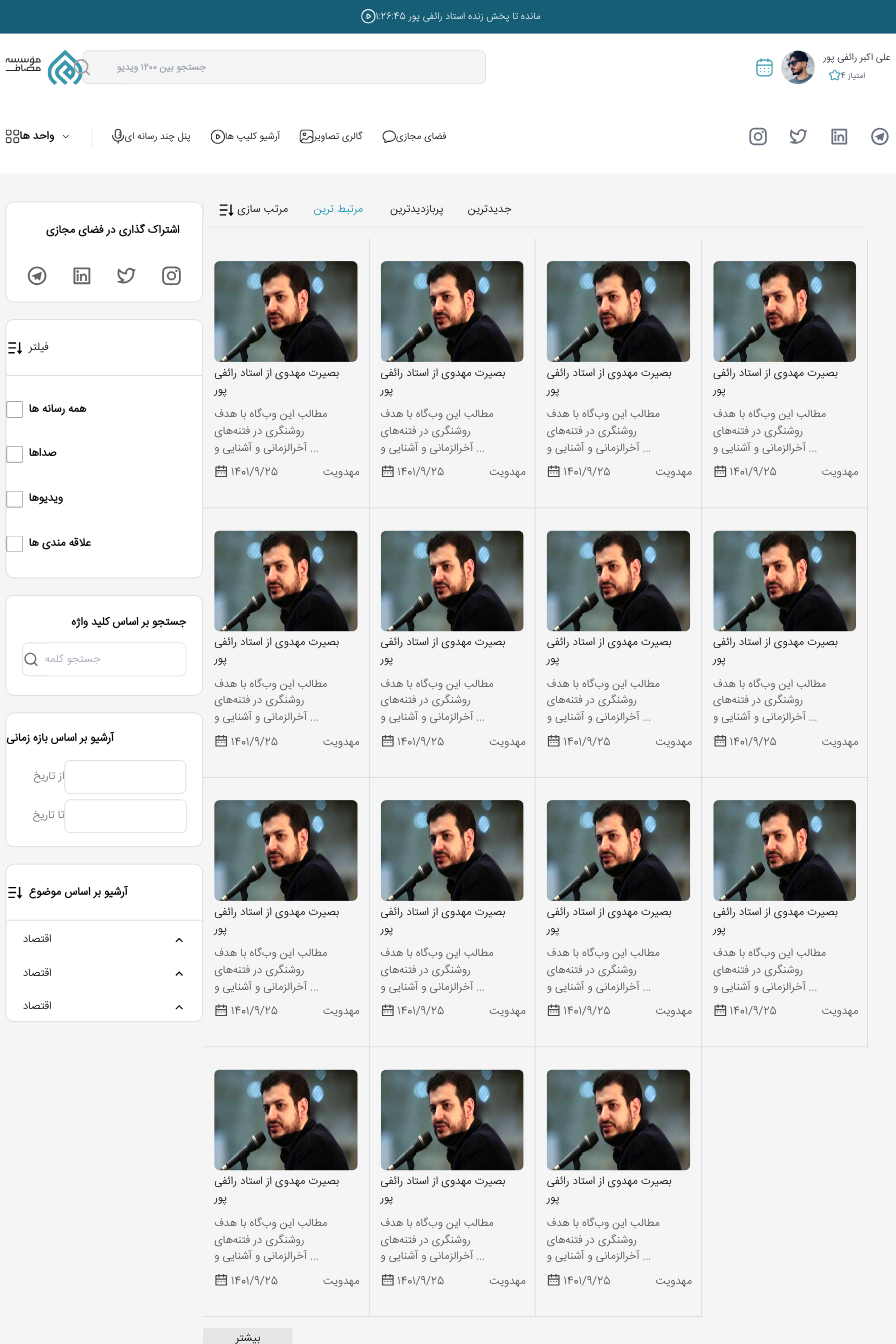
Repository: homan-tehrani/uiUserNative
Page: /multimedia
The author's editor kept a copy of each file at every save. The page is drawn from the files as they stood at one save, then again after the next save.
The browser window is 1280 px wide. The pictures show the part of the page from y = 0 to 1920 px (the page is 3069 px tall before and 3061 px after), at 70% of full size.
The project was rebuilt for these pictures with package versions that can differ from the ones it lists, and the page was loaded fresh each time. The framework's server and built-in components were replaced by stand-ins that run in the browser. Also part of the build but not shown: next.config.js, src/components/MenuForUnits.js, src/components/AccordionForUnits.js, src/components/MenuResponsive.js.

Above is the page before, as saved 2023-04-25 02:24:53.

### src/pages/_app.js
import Layoute from 'components/layout/Layoute'
import 'styles/globals.css'

export default function App({ Component, pageProps }) {
  return <Layoute>
    <Component {...pageProps} />
  </Layoute>
}

### src/pages/multimedia/index.js
import React, { useState, useEffect } from 'react';
import { albumPhoto } from '../../../src/db.json';
import Loading from 'components/loading';
import CourseCart from 'components/CourseCart';
import Aside from 'components/Aside';
import AsideResponsive from 'components/AsideResponsive';
export default function Multimedia() {
  const [allcorses, setAllCorses] = useState(null);

  useEffect(() => {
    setAllCorses(albumPhoto);
  }, []);

  if (!allcorses) {
    return <Loading />;
  }

  return (
    <div className=" bg-neutral-100 flex h-max py-10 w-full mt-4 gap-x-1 ">
      <div className="hidden  sm:flex  md:flex justify-evenly container sm:px-2 mx-auto sm:justify-between sm:gap-x-0 gap-x-2 ">
        <Aside />
        <CourseCart data={allcorses} />
      </div>
      <AsideResponsive />
    </div>
  );
}

### src/components/layout/Layoute.js
import React from "react";
import Header from "./Header";
import Fotter from "./Fotter";
import Speech from "../Speech";

export default function Layoute({ children , datas }) {
  return (
    <>
      <Header  />
      <div>{children}</div>
      <Speech />
      <Fotter datas={datas} />
    </>
  );
}

### src/styles/globals.css
@tailwind base;
@tailwind components;
@tailwind utilities;

@font-face {
    font-family: iransans;
    src: url("../../public/assets/fonts/iransans/irsans-l.woff");
}

html , body{
    font-family: iransans;
  }

.slider-master
.swiper-pagination-bullet{
  width: 14px;
  height: 14px;
  background-color: #3998AC;
}

.slider-master
.swiper-pagination-bullet-active {
  width: 60px;
  border-radius: 60px;
}

### src/components/loading.js
const Loading =()=> {
    return (
      <div className="w-full h-full flex justify-center items-center py-5">
        <svg aria-hidden="true" class="w-12 h-12 text-gray-200 animate-spin dark:text-gray-600 fill-cyan-600" viewBox="0 0 100 101" fill="none" xmlns="http://www.w3.org/2000/svg">
            <path d="M100 50.5908C100 78.2051 77.6142 100.591 50 100.591C22.3858 100.591 0 78.2051 0 50.5908C0 22.9766 22.3858 0.59082 50 0.59082C77.6142 0.59082 100 22.9766 100 50.5908ZM9.08144 50.5908C9.08144 73.1895 27.4013 91.5094 50 91.5094C72.5987 91.5094 90.9186 73.1895 90.9186 50.5908C90.9186 27.9921 72.5987 9.67226 50 9.67226C27.4013 9.67226 9.08144 27.9921 9.08144 50.5908Z" fill="currentColor"/>
            <path d="M93.9676 39.0409C96.393 38.4038 97.8624 35.9116 97.0079 33.5539C95.2932 28.8227 92.871 24.3692 89.8167 20.348C85.8452 15.1192 80.8826 10.7238 75.2124 7.41289C69.5422 4.10194 63.2754 1.94025 56.7698 1.05124C51.7666 0.367541 46.6976 0.446843 41.7345 1.27873C39.2613 1.69328 37.813 4.19778 38.4501 6.62326C39.0873 9.04874 41.5694 10.4717 44.0505 10.1071C47.8511 9.54855 51.7191 9.52689 55.5402 10.0491C60.8642 10.7766 65.9928 12.5457 70.6331 15.2552C75.2735 17.9648 79.3347 21.5619 82.5849 25.841C84.9175 28.9121 86.7997 32.2913 88.1811 35.8758C89.083 38.2158 91.5421 39.6781 93.9676 39.0409Z" fill="currentFill"/>
        </svg>
      </div>
    );
  }

  export default Loading;

### src/components/Speech.js
import React, { useEffect, useState } from "react";
import Loading from "./loading";
import {speech} from "../../src/db.json"

export default function Speech({ datas }) {
  const [imageSpeech, setImageSpeech] = useState(null);
  useEffect(() => {
    setImageSpeech(speech);
  }, []);

  if (!imageSpeech) {
    return <Loading />;
  }
  return (
    <div className="w-full flex justify-center items-center relative ">
      <div className="flex flex-col w-full h-max">
        <div className="flex flex-col w-full ">
          <img
            src={imageSpeech[0].src}
            alt={imageSpeech[0].alt}
            className="w-full h-full object-cover"
          />
        </div>
      </div>
    </div>
  );
}

### src/components/AccordionForMultiMedia.js
import {useState} from 'react'

export default function AccordionForMultiMedia() {
    const [isShowAccordion, setIsShowAccordion] = useState(false);
    const accordionHandler = () => {
        setIsShowAccordion((prev) => !prev);
      };
  return (
    <>
    <button
    onClick={accordionHandler}
    className=" w-10/12 mx-auto h-10 flex items-center mt-2 justify-between"
  >
    <p>اقتصاد</p>
    <div>
      {!isShowAccordion && (
        <svg
          xmlns="http://www.w3.org/2000/svg"
          viewBox="0 0 24 24"
          width="20"
          height="20"
        >
          <path
            d="M11.9997 10.8284L7.04996 15.7782L5.63574 14.364L11.9997 8L18.3637 14.364L16.9495 15.7782L11.9997 10.8284Z"
            fill="#000"
          ></path>
        </svg>
      )}
      {isShowAccordion && (
        <svg
          xmlns="http://www.w3.org/2000/svg"
          viewBox="0 0 24 24"
          width="20"
          height="20"
        >
          <path
            d="M11.9997 13.1714L16.9495 8.22168L18.3637 9.63589L11.9997 15.9999L5.63574 9.63589L7.04996 8.22168L11.9997 13.1714Z"
            fill="#000"
          ></path>
        </svg>
      )}
    </div>
  </button>
  {isShowAccordion && (
    <div className="w-10/12 mx-auto my-4 pb-4 flex flex-col gap-y-8 font-bold  border-b border-stone-300">
      <div className="flex items-center justify-satrt  gap-x-2 ">
        <input type="checkbox" className="w-6 h-6 " />
        <p>اقتصاد ایران</p>
      </div>
      <div className="flex items-center justify-satrt  gap-x-2">
        <input type="checkbox" className="w-6 h-6 " />
        <p>اقتصاد جهان</p>
      </div>
    </div>
  )}
  </>
  )
}

### src/components/AccordionMultiMediResponsive.js
import React, { useState } from 'react'

export default function AccordionMultiMediResponsive() {
    const[isShowAccordion , setIsShowAccordion] = useState(false)
    const accordionHandler = ()=>{
        setIsShowAccordion(prev=>!prev)
    }
  return (
    <>
     <button
              onClick={accordionHandler}
              className=" w-11/12 mx-auto h-10 flex items-center  my-2 justify-between"
            >
              <p>دشمن شناسی</p>
              <div>
                {!isShowAccordion && (
                  <svg
                    xmlns="http://www.w3.org/2000/svg"
                    viewBox="0 0 24 24"
                    width="20"
                    height="20"
                  >
                    <path
                      d="M11.9997 10.8284L7.04996 15.7782L5.63574 14.364L11.9997 8L18.3637 14.364L16.9495 15.7782L11.9997 10.8284Z"
                      fill="#000"
                    ></path>
                  </svg>
                )}
                {isShowAccordion && (
                  <svg
                    xmlns="http://www.w3.org/2000/svg"
                    viewBox="0 0 24 24"
                    width="20"
                    height="20"
                  >
                    <path
                      d="M11.9997 13.1714L16.9495 8.22168L18.3637 9.63589L11.9997 15.9999L5.63574 9.63589L7.04996 8.22168L11.9997 13.1714Z"
                      fill="#000"
                    ></path>
                  </svg>
                )}
              </div>
            </button>
            {isShowAccordion && (
              <div className="w-10/12 mx-auto pb-4 flex mt-4 flex-col gap-y-8 font-bold border-stone-300 border-b">
                <div className="flex items-center justify-satrt  gap-x-2 ">
                  <input type="checkbox" className="w-6 h-6 " />
                  <p>اقتصاد ایران</p>
                </div>
                <div className="flex items-center justify-satrt  gap-x-2">
                  <input type="checkbox" className="w-6 h-6 " />
                  <p>اقتصاد جهان</p>
                </div>
              </div>
            )}
    </>
  )
}

### src/components/NavBar.js
import React from 'react'
import { useState , useRef , useEffect } from "react";
import Link from 'next/link';
import MenuForUnits from './MenuForUnits';

export default function Navbar() {
  const [showMenuForUnits, setShowMenuForUnits] = useState(false)

  return (
    <>

      <div className="hidden lg:flex container px-2 mx-auto  flex-row-reverse justify-between items center py-5 ">
        <ul className="flex gap-7">
          <li>
            <Link href="#" className="text-gray-500">
              <svg xmlns="http://www.w3.org/2000/svg" className="fill-current stroke-1" viewBox="0 0 24 24" width="30" height="30"><path fill="none" d="M0 0h24v24H0z" /><path d="M12 9a3 3 0 1 0 0 6 3 3 0 0 0 0-6zm0-2a5 5 0 1 1 0 10 5 5 0 0 1 0-10zm6.5-.25a1.25 1.25 0 0 1-2.5 0 1.25 1.25 0 0 1 2.5 0zM12 4c-2.474 0-2.878.007-4.029.058-.784.037-1.31.142-1.798.332-.434.168-.747.369-1.08.703a2.89 2.89 0 0 0-.704 1.08c-.19.49-.295 1.015-.331 1.798C4.006 9.075 4 9.461 4 12c0 2.474.007 2.878.058 4.029.037.783.142 1.31.331 1.797.17.435.37.748.702 1.08.337.336.65.537 1.08.703.494.191 1.02.297 1.8.333C9.075 19.994 9.461 20 12 20c2.474 0 2.878-.007 4.029-.058.782-.037 1.309-.142 1.797-.331.433-.169.748-.37 1.08-.702.337-.337.538-.65.704-1.08.19-.493.296-1.02.332-1.8.052-1.104.058-1.49.058-4.029 0-2.474-.007-2.878-.058-4.029-.037-.782-.142-1.31-.332-1.798a2.911 2.911 0 0 0-.703-1.08 2.884 2.884 0 0 0-1.08-.704c-.49-.19-1.016-.295-1.798-.331C14.925 4.006 14.539 4 12 4zm0-2c2.717 0 3.056.01 4.122.06 1.065.05 1.79.217 2.428.465.66.254 1.216.598 1.772 1.153a4.908 4.908 0 0 1 1.153 1.772c.247.637.415 1.363.465 2.428.047 1.066.06 1.405.06 4.122 0 2.717-.01 3.056-.06 4.122-.05 1.065-.218 1.79-.465 2.428a4.883 4.883 0 0 1-1.153 1.772 4.915 4.915 0 0 1-1.772 1.153c-.637.247-1.363.415-2.428.465-1.066.047-1.405.06-4.122.06-2.717 0-3.056-.01-4.122-.06-1.065-.05-1.79-.218-2.428-.465a4.89 4.89 0 0 1-1.772-1.153 4.904 4.904 0 0 1-1.153-1.772c-.248-.637-.415-1.363-.465-2.428C2.013 15.056 2 14.717 2 12c0-2.717.01-3.056.06-4.122.05-1.066.217-1.79.465-2.428a4.88 4.88 0 0 1 1.153-1.772A4.897 4.897 0 0 1 5.45 2.525c.638-.248 1.362-.415 2.428-.465C8.944 2.013 9.283 2 12 2z" /></svg>
            </Link>
          </li>
          <li>
            <Link href="#" className="text-gray-500">
            <svg xmlns="http://www.w3.org/2000/svg" className="fill-current stroke-1" viewBox="0 0 24 24" width="30" height="30"><path fill="none" d="M0 0h24v24H0z" /><path d="M15.3 5.55a2.9 2.9 0 0 0-2.9 2.847l-.028 1.575a.6.6 0 0 1-.68.583l-1.561-.212c-2.054-.28-4.022-1.226-5.91-2.799-.598 3.31.57 5.603 3.383 7.372l1.747 1.098a.6.6 0 0 1 .034.993L7.793 18.17c.947.059 1.846.017 2.592-.131 4.718-.942 7.855-4.492 7.855-10.348 0-.478-1.012-2.141-2.94-2.141zm-4.9 2.81a4.9 4.9 0 0 1 8.385-3.355c.711-.005 1.316.175 2.669-.645-.335 1.64-.5 2.352-1.214 3.331 0 7.642-4.697 11.358-9.463 12.309-3.268.652-8.02-.419-9.382-1.841.694-.054 3.514-.357 5.144-1.55C5.16 15.7-.329 12.47 3.278 3.786c1.693 1.977 3.41 3.323 5.15 4.037 1.158.475 1.442.465 1.973.538z" /></svg>
            </Link>
          </li>
          <li>
            <Link href="#" className="text-gray-500">
            <svg xmlns="http://www.w3.org/2000/svg" className="fill-current stroke-1" viewBox="0 0 24 24" width="30" height="30"><path fill="none" d="M0 0h24v24H0z" /><path d="M4 3h16a1 1 0 0 1 1 1v16a1 1 0 0 1-1 1H4a1 1 0 0 1-1-1V4a1 1 0 0 1 1-1zm1 2v14h14V5H5zm2.5 4a1.5 1.5 0 1 1 0-3 1.5 1.5 0 0 1 0 3zm-1 1h2v7.5h-2V10zm5.5.43c.584-.565 1.266-.93 2-.93 2.071 0 3.5 1.679 3.5 3.75v4.25h-2v-4.25a1.75 1.75 0 0 0-3.5 0v4.25h-2V10h2v.43z" /></svg>
            </Link>
          </li>
          <li>
            <Link href="#" className="text-gray-500">
            <svg xmlns="http://www.w3.org/2000/svg" className="fill-current stroke-1" viewBox="0 0 24 24" width="30" height="30"><path fill="none" d="M0 0h24v24H0z" /><path d="M12 20a8 8 0 1 0 0-16 8 8 0 0 0 0 16zm0 2C6.477 22 2 17.523 2 12S6.477 2 12 2s10 4.477 10 10-4.477 10-10 10zm-3.11-8.83l-2.498-.779c-.54-.165-.543-.537.121-.804l9.733-3.76c.565-.23.885.061.702.79l-1.657 7.82c-.116.557-.451.69-.916.433l-2.551-1.888-1.189 1.148c-.122.118-.221.219-.409.244-.187.026-.341-.03-.454-.34l-.87-2.871-.012.008z" /></svg>
            </Link>
          </li>
        </ul>
        <ul className="flex items-center gap-5">
          <li onClick={() => setShowMenuForUnits(prev => !prev)}>
            <button className="space-x-3 space-x-reverse">
              <svg width="20" height="20" className="inline" viewBox="0 0 20 20" fill="none" xmlns="http://www.w3.org/2000/svg">
                <path fill-rule="evenodd" clip-rule="evenodd" d="M4.25 11C8.319 11 8.5 12.38 8.5 15.25C8.5 16.688 8.5 17.711 7.896 18.46C7.201 19.323 5.936 19.5 4.25 19.5C2.564 19.5 1.299 19.323 0.604 18.46C0 17.711 0 16.689 0 15.275L0.75 15.25H0C0 12.38 0.181 11 4.25 11ZM15.25 11C19.319 11 19.5 12.38 19.5 15.25C19.5 16.688 19.5 17.711 18.896 18.46C18.201 19.323 16.936 19.5 15.25 19.5C13.564 19.5 12.299 19.323 11.604 18.46C11 17.711 11 16.689 11 15.275L11.75 15.25H11C11 12.38 11.181 11 15.25 11ZM4.45616 12.5004L4.25 12.5C1.64103 12.5 1.50723 12.6872 1.50037 14.8771L1.50079 15.7302C1.50553 16.6011 1.53871 17.2303 1.771 17.52C2.036 17.848 2.823 18 4.25 18C5.677 18 6.464 17.847 6.729 17.519C7 17.182 7 16.382 7 15.274C7 12.7738 7 12.5122 4.45616 12.5004ZM15.4562 12.5004L15.25 12.5C12.641 12.5 12.5072 12.6872 12.5004 14.8771L12.5008 15.7302C12.5055 16.6011 12.5387 17.2303 12.771 17.52C13.036 17.848 13.823 18 15.25 18C16.677 18 17.464 17.847 17.729 17.519C18 17.182 18 16.382 18 15.274C18 12.7738 18 12.5122 15.4562 12.5004ZM4.25 0C8.319 0 8.5 1.38 8.5 4.25C8.5 5.688 8.5 6.711 7.896 7.46C7.201 8.323 5.936 8.5 4.25 8.5C2.564 8.5 1.299 8.323 0.604 7.46C0 6.711 0 5.689 0 4.275L0.75 4.25H0C0 1.38 0.181 0 4.25 0ZM15.25 0C19.319 0 19.5 1.38 19.5 4.25C19.5 5.688 19.5 6.711 18.896 7.46C18.201 8.323 16.936 8.5 15.25 8.5C13.564 8.5 12.299 8.323 11.604 7.46C11 6.711 11 5.689 11 4.275L11.75 4.25H11C11 1.38 11.181 0 15.25 0ZM4.45616 1.50045L4.25 1.5C1.64103 1.5 1.50723 1.68721 1.50037 3.87705L1.50079 4.73018C1.50553 5.60114 1.53871 6.23029 1.771 6.52C2.036 6.848 2.823 7 4.25 7C5.677 7 6.464 6.847 6.729 6.519C7 6.182 7 5.382 7 4.274C7 1.7738 7 1.51222 4.45616 1.50045ZM15.4562 1.50045L15.25 1.5C12.641 1.5 12.5072 1.68721 12.5004 3.87705L12.5008 4.73018C12.5055 5.60114 12.5387 6.23029 12.771 6.52C13.036 6.848 13.823 7 15.25 7C16.677 7 17.464 6.847 17.729 6.519C18 6.182 18 5.382 18 4.274C18 1.7738 18 1.51222 15.4562 1.50045Z" fill="#282828" />
              </svg>
              <span className="font-bold">
              واحد ها
              </span>
              <svg width="10" height="6" className="inline" viewBox="0 0 10 6" fill="none" xmlns="http://www.w3.org/2000/svg">
                <path d="M0.607633 0.649137C0.762955 0.493815 1.00601 0.479695 1.17728 0.606776L1.22635 0.649137L5.00033 4.42291L8.7743 0.649137C8.92962 0.493815 9.17268 0.479695 9.34395 0.606776L9.39302 0.649137C9.54834 0.804459 9.56246 1.04751 9.43538 1.21879L9.39302 1.26786L5.30969 5.35119C5.15436 5.50651 4.91131 5.52063 4.74004 5.39355L4.69097 5.35119L0.607633 1.26786C0.436779 1.097 0.436779 0.819991 0.607633 0.649137Z" fill="#282828"/>
              </svg>
            </button>
          </li>
          <svg width="1" height="32" viewBox="0 0 1 32" fill="none" xmlns="http://www.w3.org/2000/svg">
            <line opacity="0.32" x1="0.5" y1="0.5" x2="0.499999" y2="31.5" stroke="#545656" stroke-linecap="round"/>
          </svg>
          <li>
            <Link href="/multimedia" className="text-sm font-normal">
              <svg width="18" height="22" className="inline ml-2" viewBox="0 0 18 22" fill="none" xmlns="http://www.w3.org/2000/svg">
                <path fill-rule="evenodd" clip-rule="evenodd" d="M16.75 8.8009C17.164 8.8009 17.5 9.1369 17.5 9.5509C17.5 14.1431 13.9754 17.9235 9.50031 18.3069L9.5 20.75C9.5 21.164 9.164 21.5 8.75 21.5C8.336 21.5 8 21.164 8 20.75L8.00069 18.307C3.52514 17.924 0 14.1434 0 9.5509C0 9.1369 0.336 8.8009 0.75 8.8009C1.164 8.8009 1.5 9.1369 1.5 9.5509C1.5 13.5689 4.752 16.8389 8.75 16.8389C12.748 16.8389 16 13.5689 16 9.5509C16 9.1369 16.336 8.8009 16.75 8.8009ZM8.75 0C11.403 0 13.561 2.167 13.561 4.831V9.519C13.561 12.182 11.403 14.349 8.75 14.349C6.097 14.349 3.938 12.182 3.938 9.519V4.831C3.938 2.167 6.097 0 8.75 0ZM8.75 1.5C6.924 1.5 5.438 2.994 5.438 4.831V9.519C5.438 11.354 6.924 12.849 8.75 12.849C10.551 12.849 12.0203 11.3946 12.0602 9.59413L9.8205 9.5938C9.4065 9.5938 9.0705 9.2578 9.0705 8.8438C9.0705 8.4298 9.4065 8.0938 9.8205 8.0938L12.06 8.093V6.255L10.8186 6.2559C10.4046 6.2559 10.0686 5.9199 10.0686 5.5059C10.0686 5.0919 10.4046 4.7559 10.8186 4.7559L12.058 4.755L12.0557 4.64224C11.9582 2.89274 10.513 1.5 8.75 1.5Z" fill="#282828" />
              </svg>
              پنل چند رسانه ای
            </Link>
          </li>
          <li>
            <Link href="/multimedia" className="text-sm font-normal">
              <svg width="21" height="21" viewBox="0 0 21 21" className="inline ml-2" fill="none" xmlns="http://www.w3.org/2000/svg">
                <path fill-rule="evenodd" clip-rule="evenodd" d="M10.25 0C15.902 0 20.5 4.598 20.5 10.25C20.5 15.902 15.902 20.5 10.25 20.5C4.598 20.5 0 15.902 0 10.25C0 4.598 4.598 0 10.25 0ZM10.25 1.5C5.425 1.5 1.5 5.425 1.5 10.25C1.5 15.075 5.425 19 10.25 19C15.075 19 19 15.075 19 10.25C19 5.425 15.075 1.5 10.25 1.5ZM9.8308 6.7614C10.3508 6.9784 13.9998 8.8474 13.9998 10.2454C13.9998 11.5554 10.7158 13.3874 9.8768 13.7374C9.5498 13.8734 9.1768 14.0014 8.8278 14.0014C8.5578 14.0014 8.3018 13.9244 8.0928 13.7164C7.9318 13.5574 7.5018 13.1324 7.4998 10.3334C7.4988 7.3614 7.9458 6.9194 8.0928 6.7724C8.6158 6.2544 9.4678 6.6094 9.8308 6.7614ZM9.1338 8.0864C8.9568 9.0874 8.9538 11.4784 9.1308 12.4284C10.0088 12.1184 11.9108 10.8684 12.4228 10.2494C11.9128 9.6484 10.0348 8.4244 9.1338 8.0864Z" fill="#282828" />
              </svg>

              آرشیو کلیپ ها
            </Link>
          </li>
          <li>
            <Link href="/multimedia" className="text-sm font-normal">
              <svg width="20" height="20" viewBox="0 0 20 20" className="inline ml-2" fill="none" xmlns="http://www.w3.org/2000/svg">
                <path fill-rule="evenodd" clip-rule="evenodd" d="M14.302 0C15.91 0 17.297 0.537 18.312 1.554C19.373 2.616 19.955 4.161 19.953 5.905L19.9545 12.9014C19.9562 12.9283 19.9565 12.9553 19.9554 12.9822L19.953 14.05C19.953 17.581 17.68 19.954 14.297 19.954H5.651C2.271 19.954 0 17.581 0 14.05V5.904C0 2.373 2.271 0 5.651 0H14.302ZM14.5786 10.8323C13.9906 10.8323 13.3006 11.8053 12.6896 12.6643C11.8516 13.8443 10.9846 15.0653 9.6786 15.0653C8.7956 15.0653 7.9866 14.7253 7.2736 14.4243C6.1396 13.9463 5.6256 13.7933 5.1226 14.2073C4.1157 15.037 3.12078 16.5479 2.66363 17.2914C3.38518 18.0354 4.41016 18.454 5.651 18.454H14.297C16.822 18.454 18.453 16.726 18.453 14.05L18.453 13.251L18.4299 13.2267C17.5545 12.3248 16.0429 10.8323 14.5786 10.8323ZM14.302 1.5H5.651C3.13 1.5 1.5 3.229 1.5 5.904V14.05C1.5 14.7186 1.60175 15.328 1.79372 15.8661C2.37241 14.9923 3.24639 13.8094 4.1696 13.0493C5.4216 12.0193 6.7696 12.5853 7.8556 13.0423C8.4946 13.3113 9.0986 13.5653 9.6786 13.5653C10.2106 13.5653 10.8776 12.6253 11.4676 11.7963C12.2866 10.6403 13.2166 9.3323 14.5786 9.3323C16.0733 9.3323 17.4271 10.2509 18.4541 11.1624L18.453 5.904C18.455 4.541 18.039 3.403 17.251 2.614C16.523 1.885 15.504 1.5 14.302 1.5ZM6.857 4.1895C8.288 4.1905 9.452 5.3545 9.453 6.7845V6.7855C9.453 8.2165 8.289 9.3805 6.857 9.3805C5.425 9.3805 4.261 8.2165 4.261 6.7855C4.261 5.3535 5.425 4.1895 6.857 4.1895ZM6.856 5.6895C6.252 5.6895 5.761 6.1805 5.761 6.7855C5.761 7.3895 6.252 7.8805 6.857 7.8805C7.461 7.8805 7.953 7.3895 7.953 6.7865C7.952 6.1815 7.46 5.6905 6.856 5.6895Z" fill="#282828" />
              </svg>
              گالری تصاویر
            </Link>
          </li>
          <li>
            <Link href="/multimedia" className="text-sm font-normal">
              <svg width="20" height="19" viewBox="0 0 20 19" className="inline ml-2" fill="none" xmlns="http://www.w3.org/2000/svg">
                <path fill-rule="evenodd" clip-rule="evenodd" d="M9.99984 0.996582C5.02777 0.996582 0.996094 4.35666 0.996094 8.49681C1.07125 10.9951 2.4491 13.2717 4.62761 14.497C4.41121 15.085 4.11031 15.6384 3.73437 16.1398C3.52688 16.4427 3.53201 16.8433 3.7472 17.1409C3.96238 17.4384 4.34125 17.5687 4.69393 17.4665C5.89676 17.1163 7.02892 16.558 8.03903 15.817C8.68556 15.9382 9.34205 15.9985 9.99984 15.997C14.9719 15.997 19.0036 12.6369 19.0036 8.49681C19.0036 4.35667 14.9719 0.996582 9.99984 0.996582Z" stroke="#282828" stroke-width="1.5" stroke-linecap="round" stroke-linejoin="round" />
              </svg>
              فضای مجازی
            </Link>
          </li>
        </ul>
        {showMenuForUnits && <MenuForUnits sesetShowMenuForUnits={setShowMenuForUnits} />}
      </div>
    </>
  )
}

### tailwind.config.js
/** @type {import('tailwindcss').Config} */
module.exports = {
  content: [
    "./app/**/*.{js,ts,jsx,tsx}",
    "./pages/**/*.{js,ts,jsx,tsx}",
    "./components/**/*.{js,ts,jsx,tsx}",

    // Or if using `src` directory:
    "./src/**/*.{js,ts,jsx,tsx}",
  ],
  theme: {
    extend: {
      screens:{
        'xs':{'max':'430px'},
      },
      spacing: {
        '148': '37rem',
        '120':'36rem',
        '152':'42rem',
        '90':'25rem',
        '98':'28rem',
        '100':'30rem',
        '110':'33rem',
        'ppx':'0.5px',
        '400px': '400px',
        '300px':'300px',
        '1200px':'1200px',
        '370px':'370px',
        '305px':'305px',
        '282px':'282px'
      },
      fontSize:{
        tsm:['13px','19px'],
        ssm:['12px','18px'],
        xsm:['11px','17px'],
        xxsm:['10px','16px'],
        xxxsm:['8px','12px'],
      },
    },
  },
  plugins: [],
}

Loaded but not shown: src/db.json (58 lines, source omitted); src/components/layout/Header.js (172 lines, source omitted); src/components/layout/Fotter.js (133 lines, source omitted); src/components/AsideResponsive.js (296 lines, source omitted); src/components/Aside.js (153 lines, source omitted); src/components/CourseCart.js (96 lines, source omitted)

After the next save:
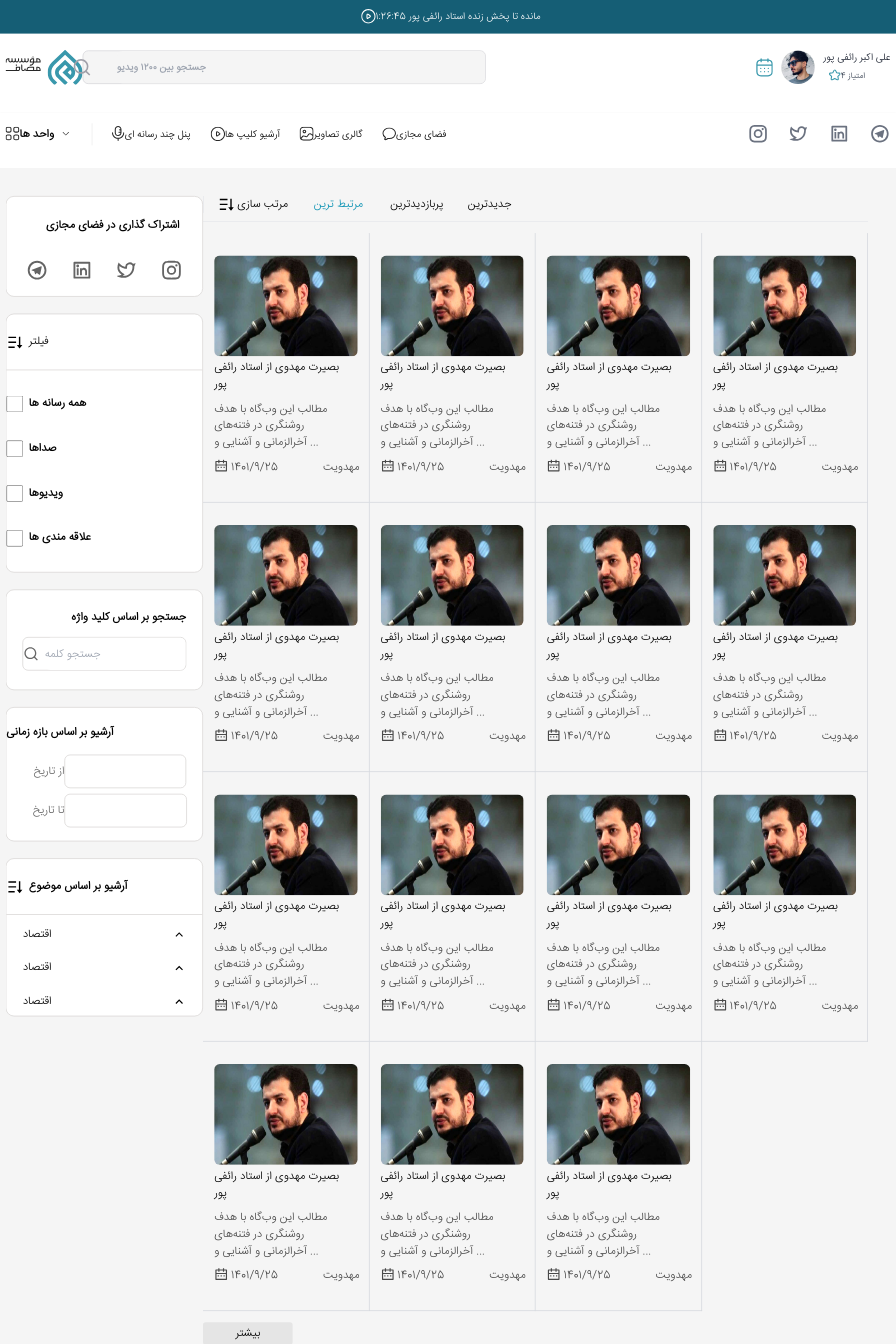
Saved 28 s later.
--- a/src/components/NavBar.js
+++ b/src/components/NavBar.js
@@ -9,7 +9,7 @@ export default function Navbar() {
   return (
     <>
 
-      <div className="hidden lg:flex container px-2 mx-auto  flex-row-reverse justify-between items center py-5 ">
+      <div className="hidden lg:flex container px-2 mx-auto  flex-row-reverse justify-between items center py-4 sticky top-0">
         <ul className="flex gap-7">
           <li>
             <Link href="#" className="text-gray-500">
